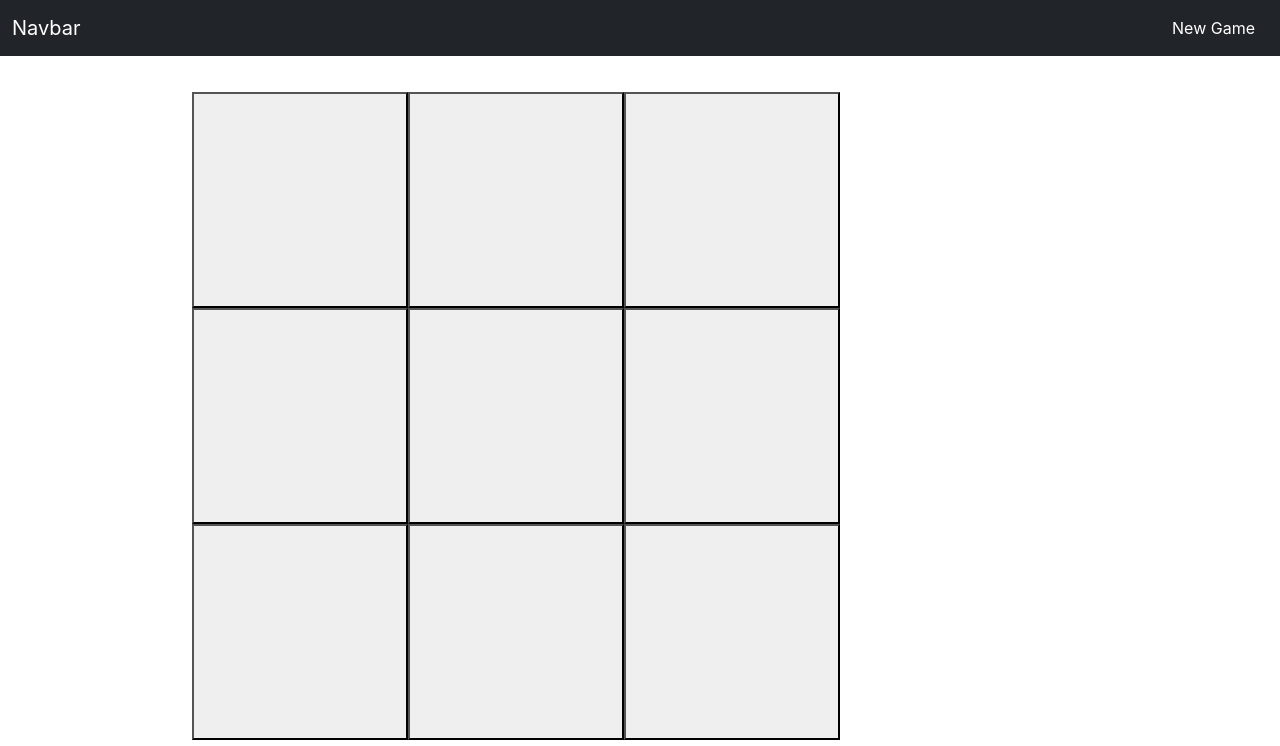
Repository: napan24/tic-tac-toe
Page: /
The author's editor kept a copy of each file at every save. The page is drawn from the files as they stood at one save, then again after the next save.
The browser window is 1280 px wide. The pictures show the whole page.
The project was rebuilt for these pictures with package versions that can differ from the ones it lists, and the page was loaded fresh each time. Also part of the build but not shown: src/App.css.

Above is the page before, as saved 2022-06-15 12:50:29.

After the next save:
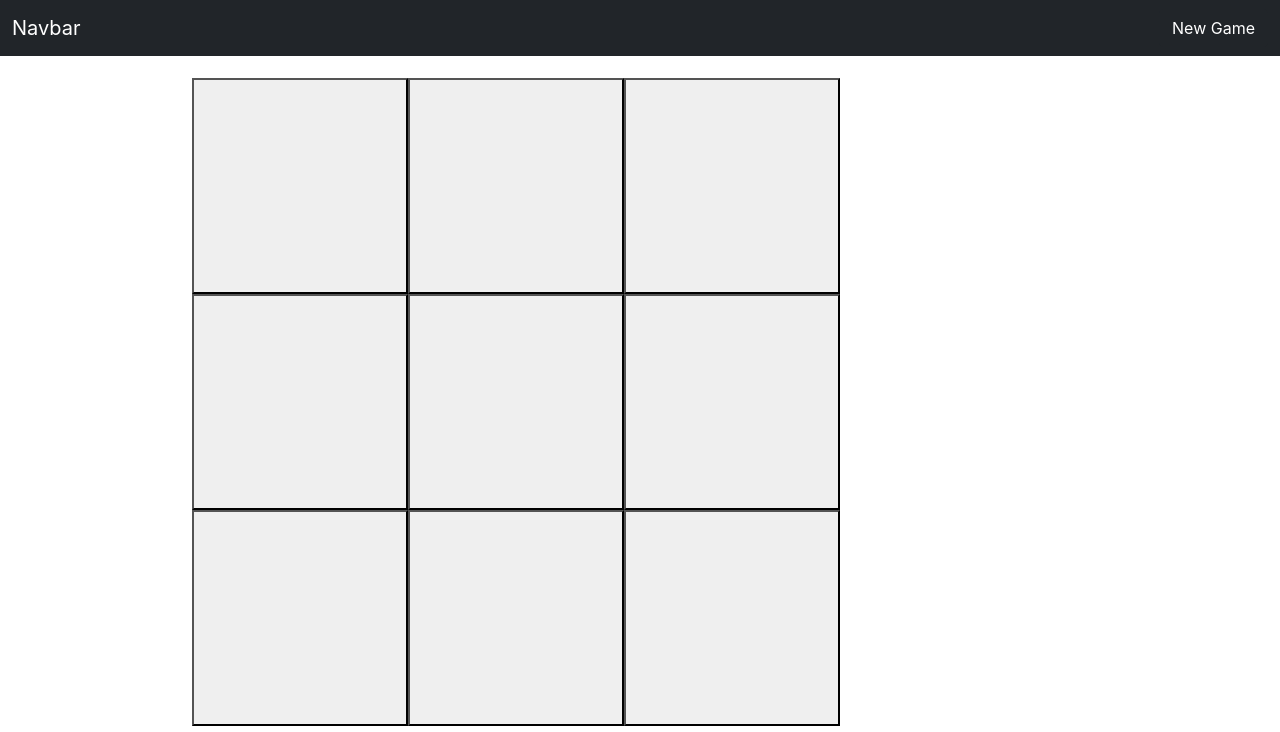
Saved 6 s later.
--- a/src/App.js
+++ b/src/App.js
@@ -222,7 +222,7 @@ function App() {
         </div>
       </nav>
 
-      <div id="mainblock" style={{paddingTop:"5vh"}}>
+      <div id="mainblock" style={{paddingTop:"3vh"}}>
         <div id="win" class="alert alert-success" style={{ display: "none", position: "absolute", left: "50%" }} role="alert">
           {curr ? <FontAwesomeIcon icon={faCircle} size="3x" /> : <FontAwesomeIcon icon={faXmark} size="2x" />}
           <span style={{ fontSize: "24px" }}> &nbsp; is the winner</span>
